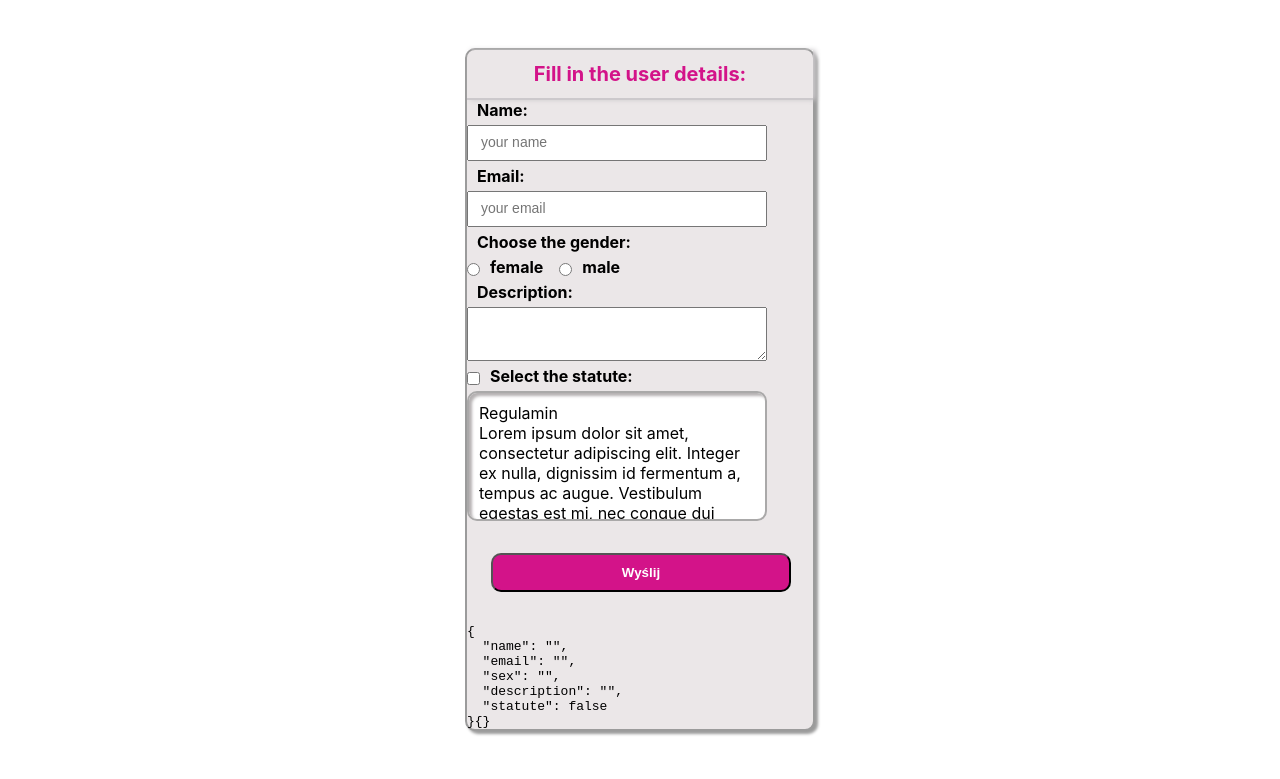
Repository: KrzysKolo/sr_tydzien4_zad3
Page: /
The author's editor kept a copy of each file at every save. The page is drawn from the files as they stood at one save, then again after the next save.
The browser window is 1280 px wide. The pictures show the whole page.
The project was rebuilt for these pictures with package versions that can differ from the ones it lists, and the page was loaded fresh each time. Also part of the build but not shown: src/components/FormComponents/TextError.js.

Above is the page before, as saved 2020-11-19 17:25:39.

### src/App.js
import React from 'react';
import './App.css';
import FormikContainer from './components/Formik/FormikContainer';
import Header from './components/Header';
const App = () => {
  return (
    <main className="App">
      <Header />
      <FormikContainer />
    </main>
   );
}

export default App;

### src/App.css
* {
  margin: 0;
  padding: 0;
  box-sizing: border-box;
}
.App {
  margin: 3rem auto;
  width: 350px;
  background-color: rgb(235, 231, 232);
  border: 2px solid rgb(155, 155, 155);
  border-radius: 10px;
  box-shadow: 3px 3px 3px rgb(155, 155, 155);
}
.section {
  display: flex;
  flex-direction: column;
  margin: 1rem 1.5rem;
  justify-content: center;
}
label {
  font-weight: bold;
  display: flex;
  margin-bottom: 5px;
  margin-left: 10px;
}
input[type="text"],
input[type="email"],
textarea {
  display: block;
  width: 300px;
  padding: 6px 12px;
  font-size: 14px;
  line-height: 1.4285;
  color: #555;
  margin: 5px 0;
}
.error {
  color: red;
}
.row {
  display: flex;
  flex-direction: row;
  align-items: center;
  margin-right: 1rem;
}
.statute {
  border: 2px solid rgb(170, 169, 169);
  border-radius: 10px;
  box-shadow: inset 3px 3px 3px rgb(181, 177, 178);
  background: #ffffff;
  height: 130px;
  width: 300px;
  padding: 10px;
  overflow: auto;
}
.btn-send {
  background-color: rgba(211, 19, 137, 1);
  border-radius: 10px;
  color: white;
  cursor: pointer;
  font-weight: bold;
  margin: 1rem auto;
  padding: 10px;
  width: 300px;
  transition: all 0.3s ease-in-out;
}
.btn-send:hover {
  background-color: rgba(211, 19, 137, 0.5);
}
.header {
  color: rgba(211, 19, 137, 1);
  margin: 0 auto;
  text-align: center;
  font-weight: bold;
  border-bottom: 2px solid rgb(204, 201, 204);
  padding: 0.75rem;
  box-shadow: 3px 0 5px rgb(204, 201, 204);
}
.header h2 {
  font-size: 1.25rem;
}

### src/components/Formik/FormikContainer.js
import React, { useState } from 'react';
import { Formik, Form } from 'formik';
import * as yup from 'yup';
import FormikControl from './FormikControl';
import RadioOptions from './../../data/RadioOptions';

const FormikContainer = () => {
    const [systemMessage, setSystemMessage] = useState("");

    const onSubmit = (data, event) => {
      event.target.reset();
      setSystemMessage(<p>Dziękujemy za wysłanie!</p>);
    };
    const initialValues = {
        name: '',
        email: '',
        sex: '',
        description: '',
        statute: false,
    }

    const validationSchema = yup.object({
        name: yup.string().required("Imię jest obowiązkowe!").min(2,"Twóje imię musi mieć więcej niż 2 znaki!").max(30,'Twoje imię może mieć maxymalnie 30 znaków!'),
        email: yup.string().required("Email jest wymagany!").email("Adres zawiera błędy"),
        sex: yup.string().required('Zaznacz jedną wartość!'),
        description: yup.string().required('Wpisz kilka słów!').min(2, "Wpisz co najmniej 2 znaki").max(100, "Możesz wpisać max. 250 znaków"),
        statute: yup.boolean().required().oneOf([true], 'Musisz zaznaczyć regulamin!'),
    });
    const [ showMessage, setShowMessage ] = useState(false);

    return (
        <Formik
            initialValues={initialValues}
            validationSchema={validationSchema}
            onSubmit={onSubmit}
        >
            { ({formik, values, errors}) => (
                <Form className="form-wrapper">

                    <FormikControl control='input' type='text' label='Name:' name='name' placeholder="your name"/>
                    <FormikControl control='input' type='email' label='Email:' name='email' placeholder="your email"/>
                    <FormikControl control='radio' label='Choose the gender: ' name='sex' options={RadioOptions}/>
                    <FormikControl control='textarea' label='Description:' name='description'/>
                    <FormikControl control='checkbox' label='Select the statute:' name='statute'/>
                        <div className="statute">
                            Regulamin<br/>
                            <p>Lorem ipsum dolor sit amet, consectetur adipiscing elit. Integer ex nulla, dignissim id fermentum a, tempus ac augue. Vestibulum egestas est mi, nec congue dui mollis vitae. Nam dictum lectus non mauris hendrerit efficitur. Donec imperdiet nec nibh et interdum. Fusce ornare consequat sapien. Pellentesque rhoncus tempor vulputate. Aliquam eu diam laoreet, tincidunt nulla ut, dignissim turpis. Aliquam est ante, luctus sed felis et, iaculis sollicitudin tellus. Cras congue tincidunt viverra. Sed vestibulum faucibus lacus, eu dictum lorem porta id. Praesent a placerat ligula. Vestibulum faucibus ornare erat, id elementum est vehicula eu. Nunc pulvinar dolor lacus. Vestibulum dapibus efficitur orci, ac rhoncus augue auctor ut.</p>
                        </div>
                    <section className="section">
                         <button className="btn-send" type="submit">Wyślij</button>
                    </section>
                    <pre>
                        {JSON.stringify(values, null, 2)}
                        {JSON.stringify(errors, null, 2)}

                    </pre>
                    <>{systemMessage}</>

                </Form>
            )

            }

        </Formik>
    )
}
export default FormikContainer;

### src/components/Header.js
import React from 'react';
const Header = () => {
    return (
        <section className="header">
            <h2>Fill in the user details: </h2>
        </section>
     );
}

export default Header;

### src/components/Formik/FormikControl.js
import { Input, Radio, Checkbox, TextArea } from './../FormComponents/';


const FormikControl = (props) => {
    const { control, ...rest } = props;
    switch(control) {
        case 'input': return <Input {...rest} />
        case 'radio': return <Radio {...rest} />
        case 'textarea': return <TextArea {...rest} />
        case 'checkbox': return <Checkbox {...rest} />
        default: return null
    }
}

export default FormikControl;

### src/data/RadioOptions.js
const RadioOptions=[
    { id: 0, value: "female ", label: 'female ' },
    { id: 1, value: "male", label: 'male' },
   ];
export default RadioOptions;

### src/components/FormComponents/index.js
export { default as Input } from "./Input";
export { default as Radio } from "./Radio";
export { default as Checkbox } from "./Checkbox";
export { default as TextArea } from "./TextArea";

### src/components/FormComponents/Input.js
import React from 'react';
import{ Field, ErrorMessage } from 'formik';
import TextError from './TextError';

const Input = (props) => {
    const { label, name, ...rest } = props;
    return (

        <section className="form-control">
             <label htmlFor={name}>{label}</label>
            <Field id={name} name={name} {...rest} />
            <ErrorMessage name={name} component={TextError} />
        </section>
     );
}

export default Input;

### src/components/FormComponents/Radio.js
import React from 'react';
import{ Field, ErrorMessage } from 'formik';
import TextError from './TextError';

const Radio = (props) => {
    const { label, name, options, ...rest } = props;
    return (
        <div className="form-control">
            <label htmlFor={name}>{label}</label>
            <div className="row">
                <Field name={name} {...rest}>
                    {
                    ({ field }) => {
                        return options.map(option => {
                            return (
                                <div className="row" key={option.id} >
                                    <input type='radio' id={option.id} {...field} value={option.value} checked={field.value === option.value}/>
                                    <label htmlFor={option.id}>{option.label}</label>
                                </div>
                            )
                        })
                    }
                    }
                </Field>
            </div>
            <ErrorMessage name={name} component={TextError} />
        </div>
     );
}

export default Radio;

### src/components/FormComponents/Checkbox.js
import React from 'react';
import{ Field, ErrorMessage } from 'formik';
import TextError from './TextError';

const Checkbox = (props) => {
    const { label, name, ...rest } = props;
    return (
        <div className="form-control">
            <div className="row">
                <Field type='checkbox' id={name} name="statute" {...rest}/>
                <label htmlFor={name}>{label}</label>
            </div>
            <ErrorMessage name={name} component={TextError} />
        </div>
     );
}

export default Checkbox;

### src/components/FormComponents/TextArea.js
import React from 'react';
import{ Field, ErrorMessage } from 'formik';
import TextError from './TextError';

const TextArea = (props) => {
    const { label, name, ...rest } = props;
    return (
        <div className="form-control">
            <label htmlFor={name}>{label}</label>
            <Field as ='textarea' id={name} name={name} {...rest} />
            <ErrorMessage name={name} component={TextError} />
        </div>
     );
}

export default TextArea;

Loaded but not shown: public/index.html (common file); src/index.js (common file); src/index.css (common file)

After the next save:
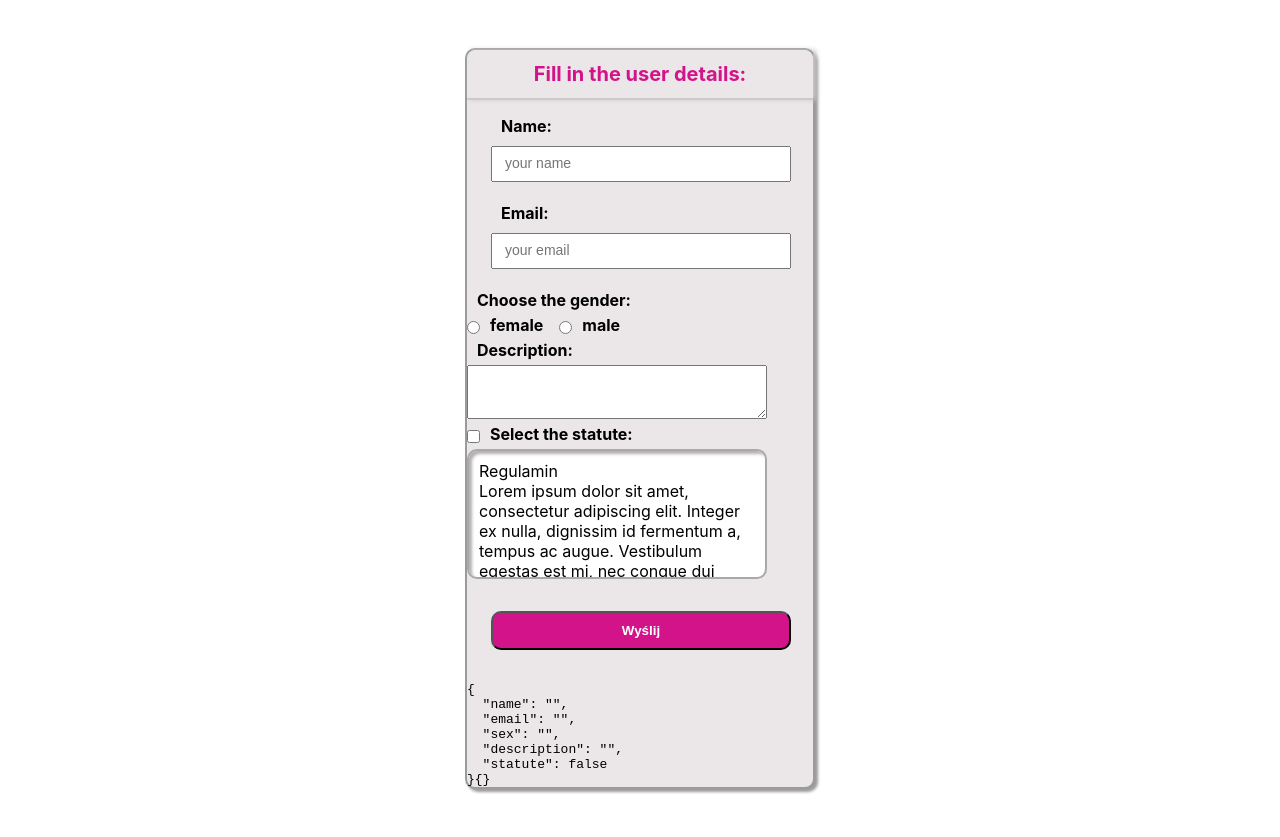
Saved 13 s later.
--- a/src/components/FormComponents/Input.js
+++ b/src/components/FormComponents/Input.js
@@ -6,7 +6,7 @@ const Input = (props) => {
     const { label, name, ...rest } = props;
     return (
 
-        <section className="form-control">
+        <section className="form-control section">
              <label htmlFor={name}>{label}</label>
             <Field id={name} name={name} {...rest} />
             <ErrorMessage name={name} component={TextError} />
